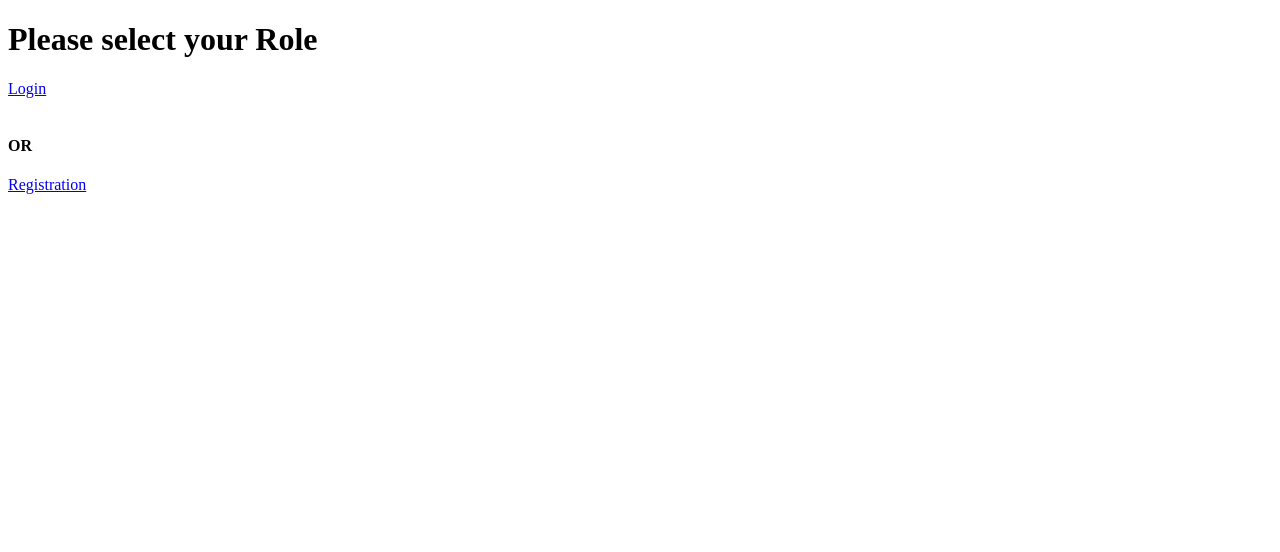
Repository: kkale14/My_allpr
Page: Kalyani1/src/main/webapp/Home.html
The author's editor kept a copy of each file at every save. The page is drawn from the files as they stood at one save, then again after the next save.
The browser window is 1280 px wide. The pictures show the whole page.

Above is the page before, as saved 2025-03-05 08:14:29.

After the next save:
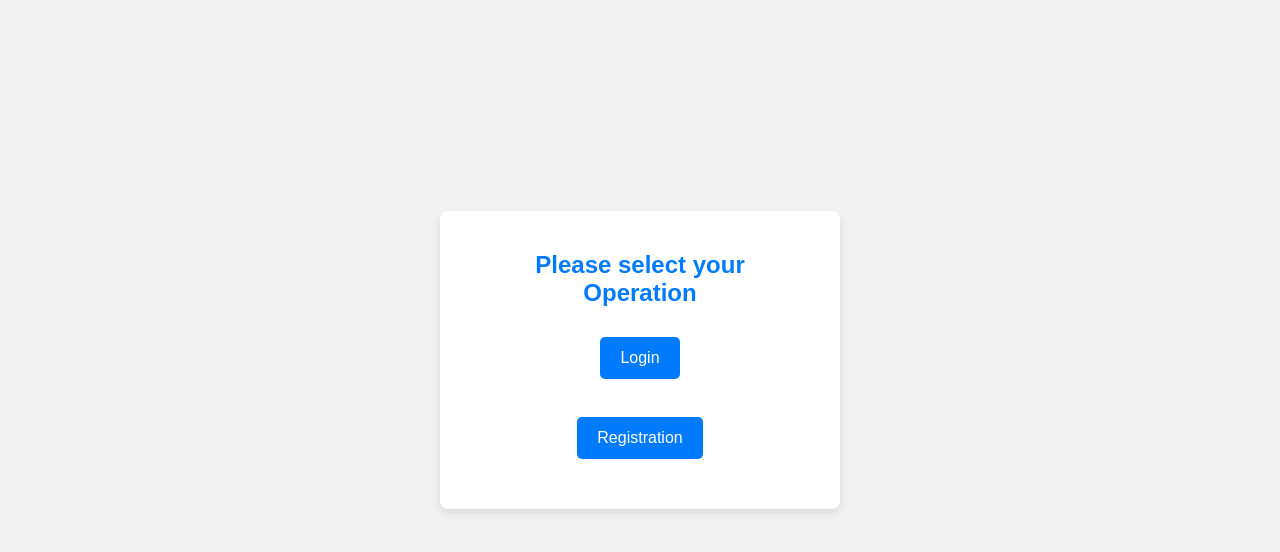
Saved 4 min 5 s later.
--- a/Kalyani1/src/main/webapp/Home.html
+++ b/Kalyani1/src/main/webapp/Home.html
@@ -3,15 +3,97 @@
 <head>
 <meta charset="UTF-8">
 <title>Home </title>
+<style>
+        /* Reset some default styles */
+        * {
+            margin: 0;
+            padding: 0;
+            box-sizing: border-box;
+        }
+
+        /* Body Styles */
+        body {
+            font-family: Arial, sans-serif;
+            background-color: #f2f2f2;
+            color: #333;
+            display: flex;
+            justify-content: center;
+            align-items: center;
+            height: 100vh;
+            text-align: center;
+        }
+
+        /* Container for content */
+        .container {
+            background-color: white;
+            padding: 40px;
+            border-radius: 8px;
+            box-shadow: 0 4px 8px rgba(0, 0, 0, 0.1);
+            width: 100%;
+            max-width: 400px;
+        }
+
+        /* Heading Styles */
+        h1 {
+            font-size: 24px;
+            color: #007BFF;
+            margin-bottom: 20px;
+        }
+
+        h4 {
+            font-size: 18px;
+            margin: 20px 0;
+            color: #555;
+        }
+
+        /* Link Styles */
+        a {
+            display: inline-block;
+            padding: 12px 20px;
+            margin: 10px;
+            font-size: 16px;
+            text-decoration: none;
+            color: white;
+            background-color: #007BFF;
+            border-radius: 5px;
+            transition: background-color 0.3s ease, transform 0.3s ease;
+        }
+
+        a:hover {
+            background-color: #0056b3;
+            transform: translateY(-3px);
+        }
+
+        a:active {
+            transform: translateY(0);
+        }
+
+        /* Additional styling for the "OR" text */
+        h4 {
+            font-size: 18px;
+            margin: 20px 0;
+            color: #555;
+            font-weight: normal;
+        }
+    </style>
 </head>
+
 <body>
 
-<h1>Please select your Role</h1>
+
+
+
+
+ <div class="container">
+<h1>Please select your Operation</h1>
 
 <a type="button" href="Logintab.html" >Login</a> <br/><br/>
-<h4>OR</h4>
+
+
 <a type="button" href="Reg.html" >Registration</a>
 
+</div>
 
 </body>
+
 </html>
